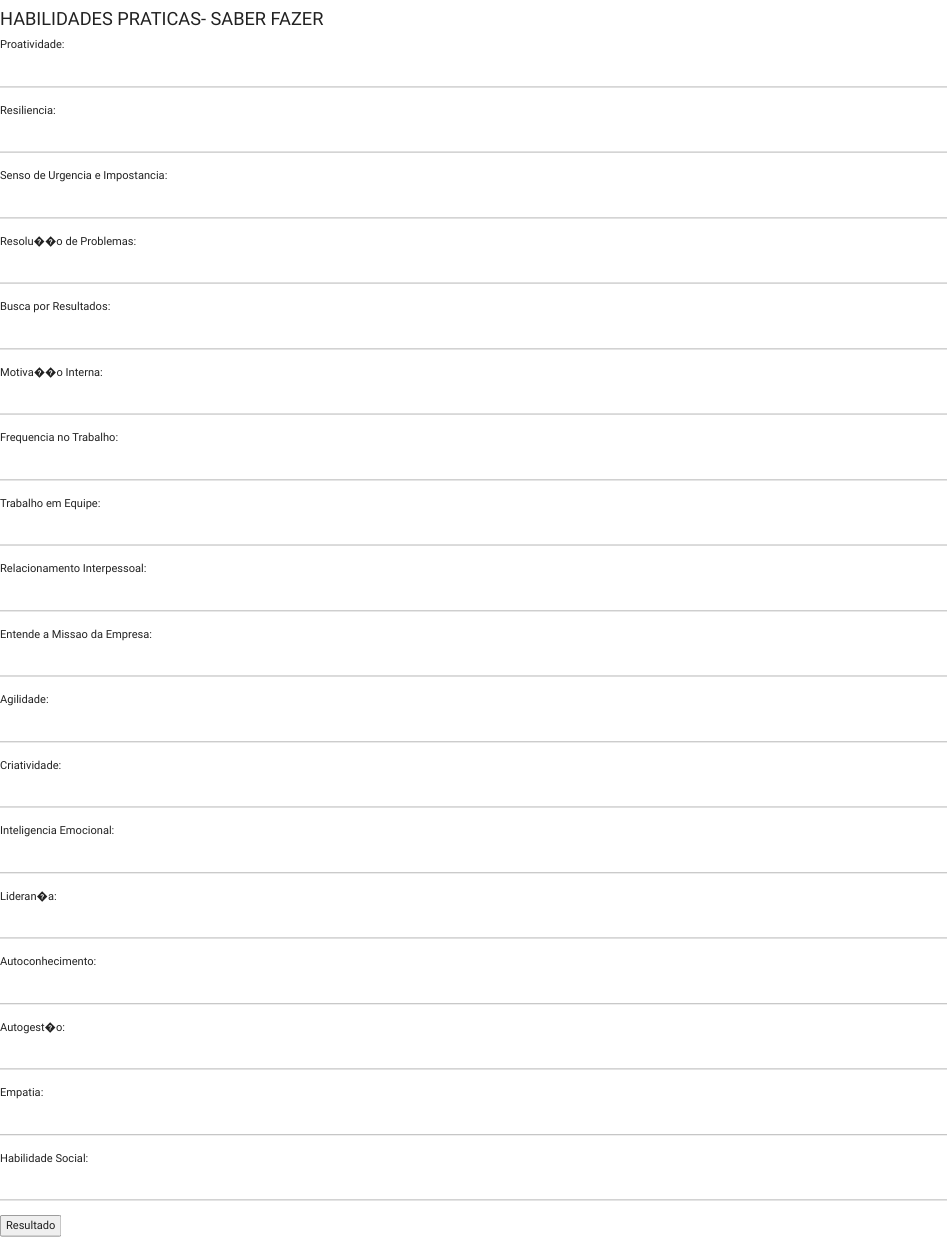
Repository: cspreng/Questionario
Page: http://localhost/cadastro/atitude
An editor plug-in stored every save of this project. The page is shown before and after the next save, followed by the edit.
The browser window is 1280 px wide. The pictures show the whole page, at 74% of full size.
The page is this project's Thymeleaf template; nobody is signed in. The template is opened directly, without the code that normally fills it, so the values that code supplies are empty.

Above is the page before, as saved 2021-07-27 02:03:55.
Console error: ReferenceError: $ is not defined

After the next save:
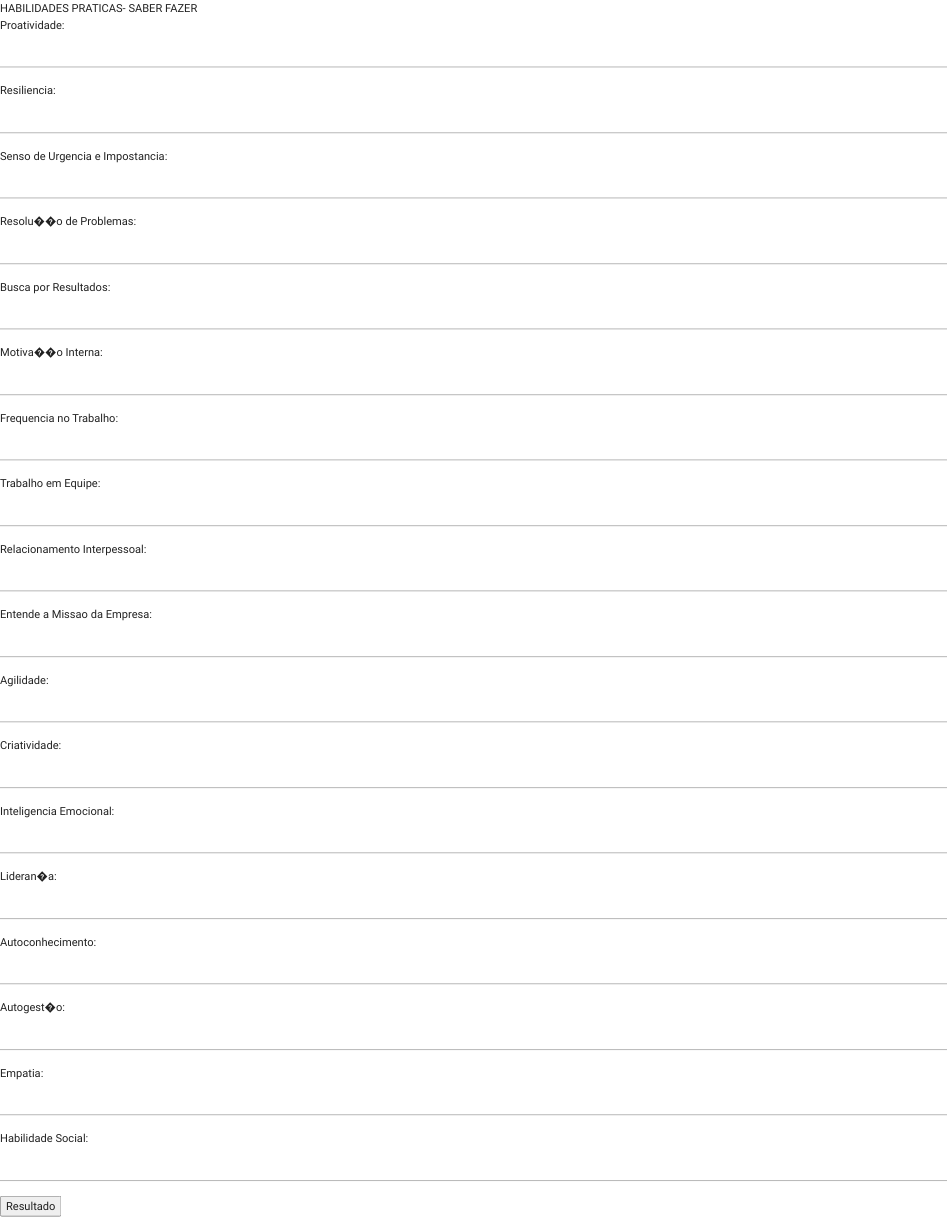
Saved 19 s later.
--- a/questionario/src/main/resources/templates/cadastro/atitude.html
+++ b/questionario/src/main/resources/templates/cadastro/atitude.html
@@ -13,7 +13,7 @@
       <meta name="viewport" content="width=device-width, initial-scale=1.0"/>
 <body>
 
-	<h5>HABILIDADES PRATICAS- SABER FAZER</h5>
+	<h7>HABILIDADES PRATICAS- SABER FAZER</h7>
 	<form method="post">
 		Proatividade: <input type="text" value= "" name="proatividade"/>
 	Resiliencia: <input type="text" value= "" name="resiliencia"/>

After the save that followed:
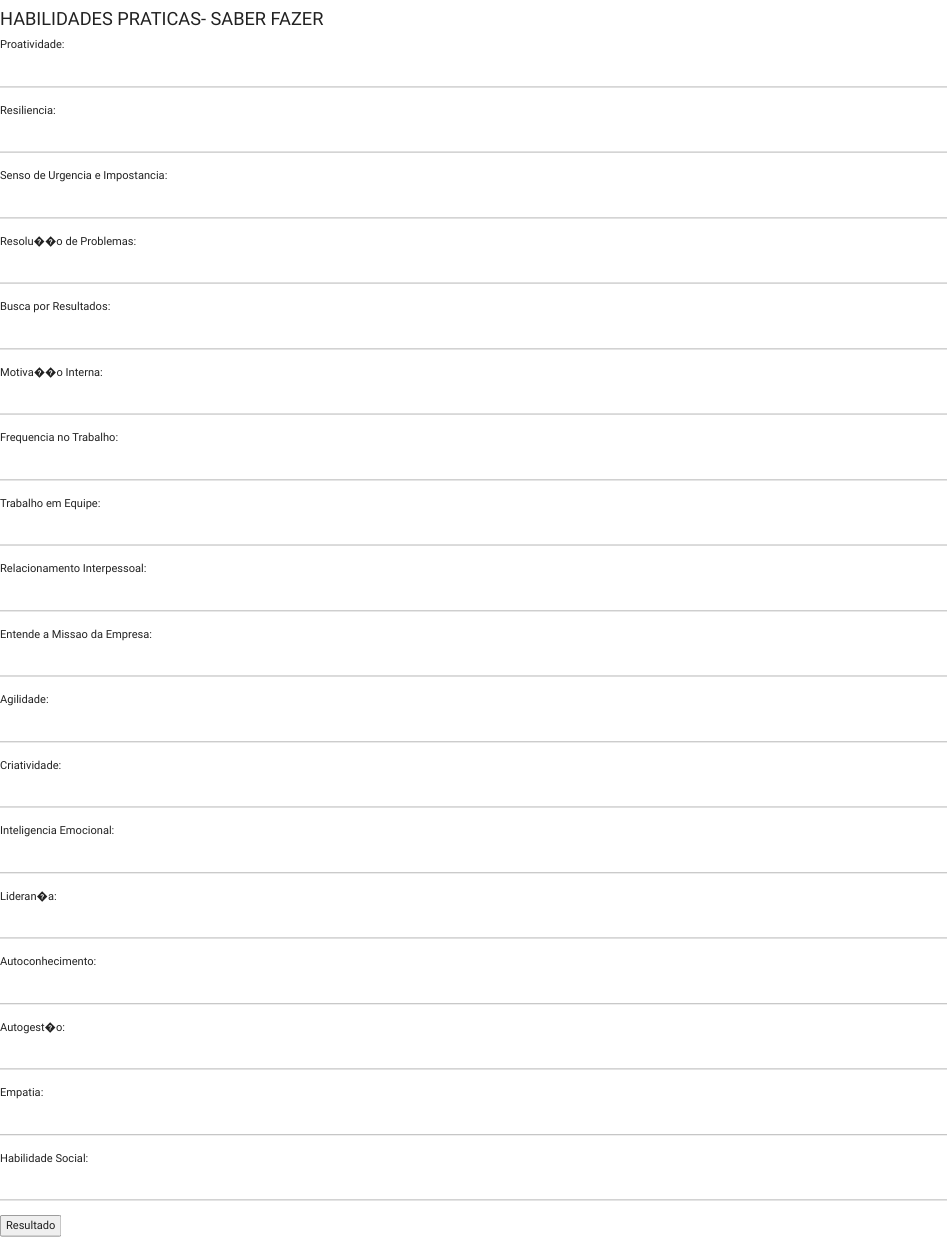
Saved 40 s later.
--- a/questionario/src/main/resources/templates/cadastro/atitude.html
+++ b/questionario/src/main/resources/templates/cadastro/atitude.html
@@ -13,7 +13,7 @@
       <meta name="viewport" content="width=device-width, initial-scale=1.0"/>
 <body>
 
-	<h7>HABILIDADES PRATICAS- SABER FAZER</h7>
+	<h5>HABILIDADES PRATICAS- SABER FAZER</h5>
 	<form method="post">
 		Proatividade: <input type="text" value= "" name="proatividade"/>
 	Resiliencia: <input type="text" value= "" name="resiliencia"/>
